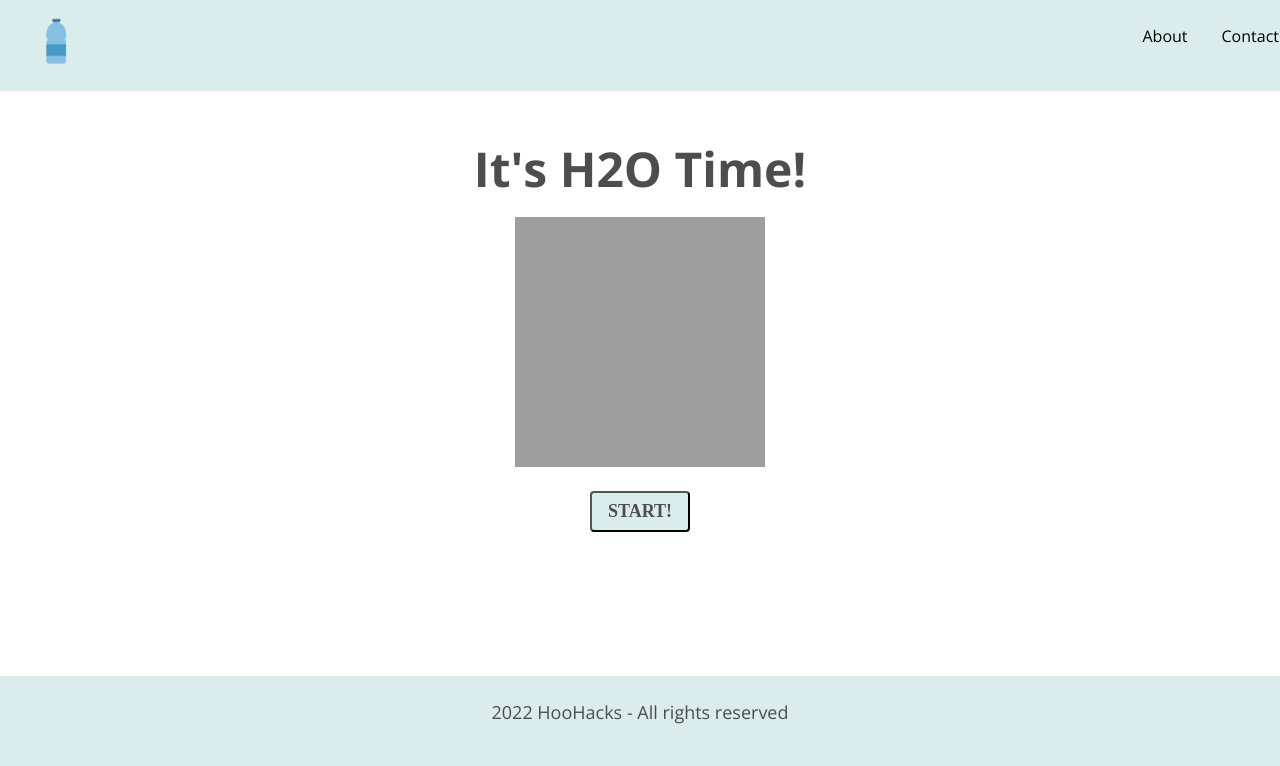
Repository: jennyjjung/H2ODaily
Page: index.html
These files come from the project's save history. The page is drawn as it stood at one moment and after the next save; the edit follows.
The browser window is 1280 px wide. The pictures show the whole page.
Pictures or frames that could not be fetched are drawn as grey boxes. Some web fonts or font styles are not loaded; a fallback is used.

Above is the page before, as saved 2022-03-26 18:20:47.

### index.html
<!DOCTYPE html>
<html lang="en">
<head>
  <meta charset="UTF-8">
  <meta http-equiv="X-UA-Compatible" content="IE=edge">
  <meta name="viewport" content="width=device-width, initial-scale=1.0">
  <title>H2O Daily</title>
  <link href='https://fonts.googleapis.com/css?family=Unica One' rel='stylesheet'>
  <link href="https://fonts.googleapis.com/css2?family=Open+Sans:wght@400;600;700&display=swap" rel="stylesheet">
  <link rel="stylesheet" href="style.css" />
  <script src="main.js" defer></script>
</head>
<body>

  <nav id="navbar">
    <div class="navbar__logo">
      <img src="images/bottle.png" class="navbar__bottle">
    </div>
    <div class="navbar__menu">
      <li class="navbar__menu__item">About</li>
      <li class="navbar__menu__item">Contact</li>
    </div>
  </nav>

  <section id="home">
    <div class= "home__container">
      <h1 class="home__title">It's H2O Time! </h1>
      <img src="images/krusty_krab.png" alt="H2O Daily Logo" class="home__logo">
      <button class="btn__home">START!</button>
    </div>
  </section>

  <section id="bottom">
    <div class= "bottom__container">
      <p class="bottom__rights">2022 HooHacks - All rights reserved</p>
    </div>
  </section>

</body>
</html>

### style.css
/* Global */
:root {
  /* Color */
  --color-white: #ffffff;
  --color-dark-grey: #4d4d4d;
  --color-blue: #daedec;
  --color-dark-blue: #b9d8d6;

  /* Font weight */
  --weight-bold: 700;
  --weight-semi-bold: 600;
  --weight-regular: 400;

  /* Font Size */
  --font-large: 48px;
  --font-medium: 28px;
  --font-regular: 18px;
  --font-small: 16px;
  --font-micro: 14px;

  /* Size */
  --size-border-radius: 4px;
}

body {
  margin: 0;
  font-family: "Open Sans";
  cursor: default;
}

h1 {
  font-size: var(--font-large);
  font-weight: var(--weight-bold);
  color: var(--color-black);
  margin: 16px 0px;
}

p {
  font-size: var(--font-regular);
  font-weight: var(--weight-regular);
  color: var(--color-dark-grey);
  margin: 4px 0;
}

li {
  list-style: none;
}

a {
  text-decoration: none;
  color: var(--color-dark-grey);
}

/* Navbar */
#navbar {
  position: fixed;
  display: flex;
  justify-content: space-between;
  width: 100%;
  background-color: var(--color-blue);
  padding: 16px;
}

.navbar__menu {
  display: flex;
}

.navbar__logo {
  font-size: var(--font-medium);
  font-weight: var(--weight-semi-bold);
  justify-content: center;
}

.navbar__bottle {
  width: 50px;
  padding-left: 20px;
}

.navbar__menu__item {
  padding: 8px 12px;
  margin: 0 4px;
  cursor: pointer;
  border: 1px solid transparent;
  border-radius: var(--size-border-radius);
}

/* Home */
#home {
  padding: 120px 40px;
  text-align: center;
}

.home__title {
  color: var(--color-dark-grey);
}

.home__container {
  display: flex;
  flex-direction: column;
  align-items: center;
}

.home__logo {
  width: 250px;
  height: 250px;
}

.btn__home {
  color: var(--color-dark-grey);
  background-color: var(--color-blue);
  font-size: var(--font-regular);
  font-weight: var(--weight-bold);
  font-family: "Unica One";
  margin: 24px;
  padding: 8px 16px;
  border-radius: var(--size-border-radius);
}

.btn__home:hover {
  background-color: var(--color-dark-blue);
}

#bottom {
  background-color: var(--color-blue);
  padding: 20px;
  text-align: center;
  height: 50px;
}

Loaded but not shown: main.js (no copy from this time; the picture is the same without it)

After the next save:
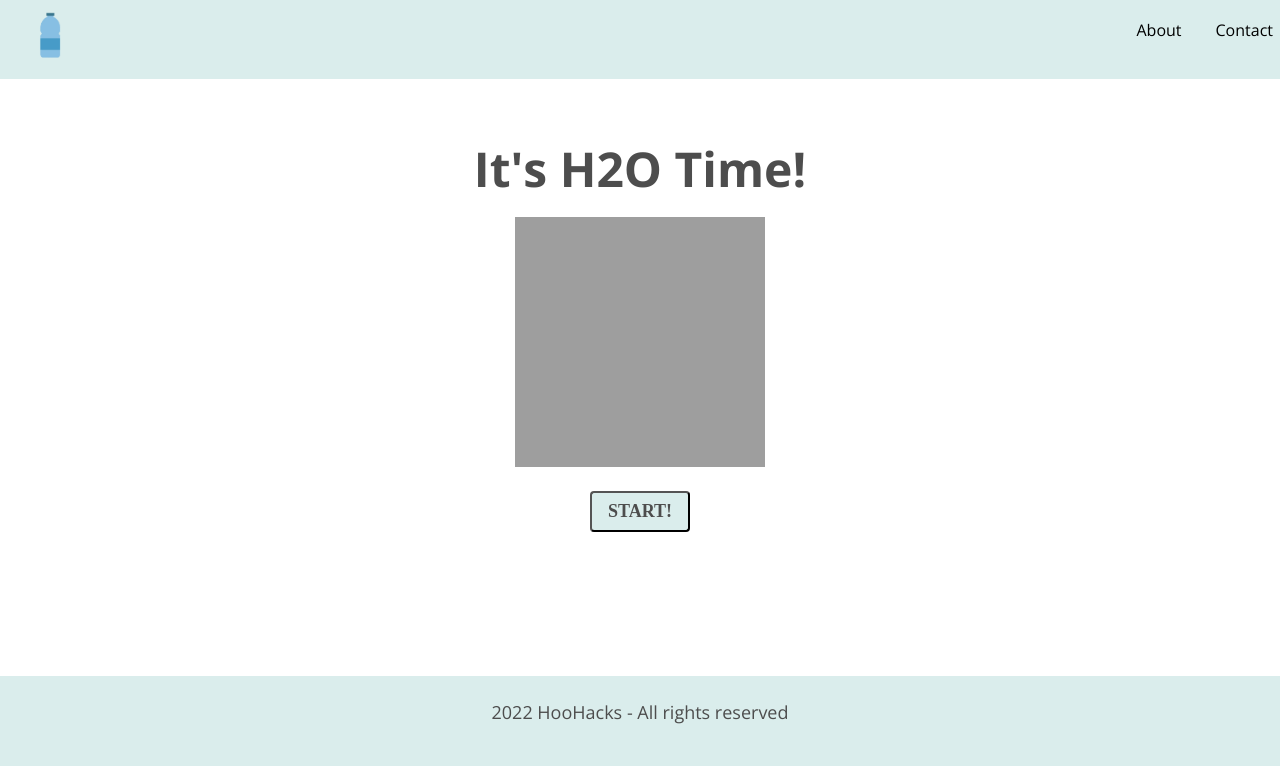
Saved 43 s later.
--- a/style.css
+++ b/style.css
@@ -58,7 +58,7 @@ a {
   justify-content: space-between;
   width: 100%;
   background-color: var(--color-blue);
-  padding: 16px;
+  padding: 10px;
 }
 
 .navbar__menu {
